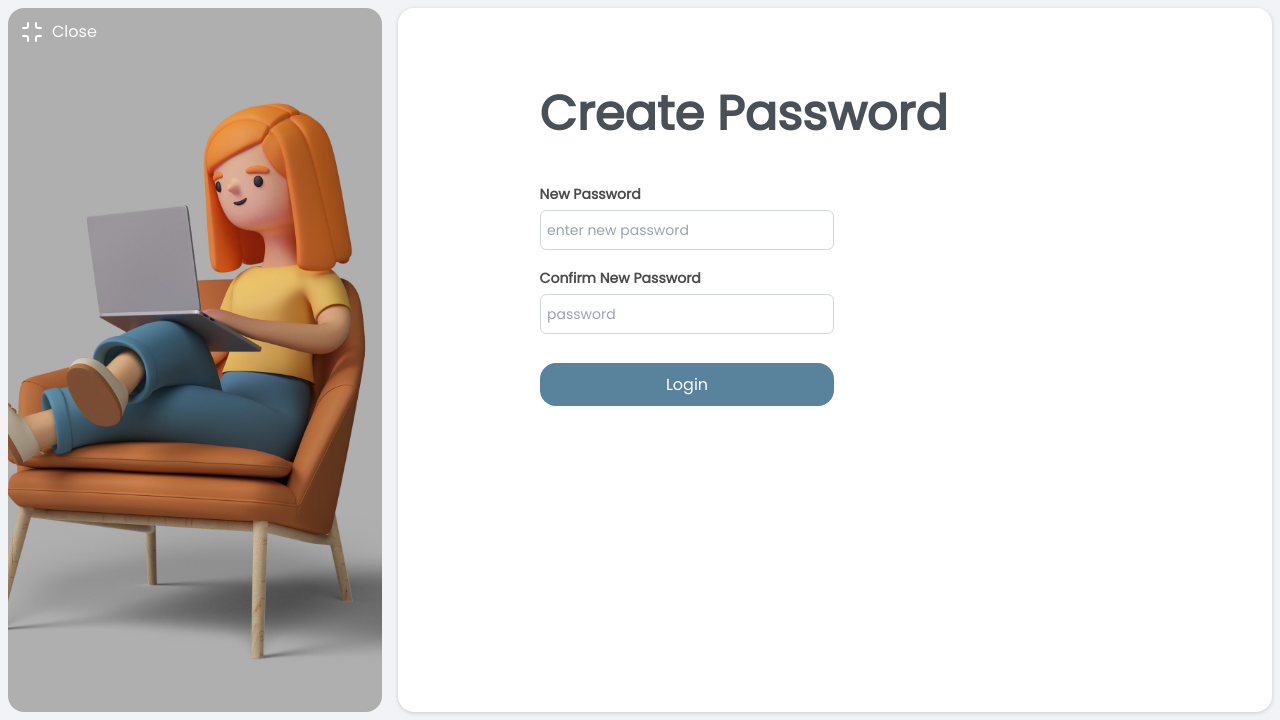
Repository: syni18/cleareyecare
Page: /reset-password (app in client/)
The author's editor kept a copy of each file at every save. The page is drawn from the files as they stood at one save, then again after the next save.
The browser window is 1280 px wide. The pictures show the whole page.
The page's requests for data from a server got no answer. Some web fonts or font styles are not loaded; a fallback is used. Some web libraries are served in a nearby version. The project was rebuilt for these pictures with package versions that can differ from the ones it lists, and the page was loaded fresh each time. No one was signed in, and anything a server would have sent is missing. Also part of the build but not shown: client/vite.config.js, client/src/components/nav/navigation.css, client/src/components/dropdown/Dropdown.jsx, client/src/redux/store/cartStore.js, client/src/components/nav/Navigation.jsx, client/src/components/footer/footer.css, client/src/components/footer/Footer.jsx.

Above is the page before, as saved 2024-11-17 20:53:41.

### client/index.html
<!doctype html>
<html lang="en">
  <head>
    <meta charset="UTF-8" />
    <link rel="icon" type="image/svg+xml" href="/vite.svg" />
    <meta name="viewport" content="width=device-width, initial-scale=1.0" />
    <link rel="stylesheet" type="text/css" charset="UTF-8" href="https://cdnjs.cloudflare.com/ajax/libs/slick-carousel/1.6.0/slick.min.css" />
    <link rel="stylesheet" type="text/css" href="https://cdnjs.cloudflare.com/ajax/libs/slick-carousel/1.6.0/slick-theme.min.css" />
    <title>Clear Eye Care</title>
  </head>
  <body>
    <div id="root"></div>
    <script type="module" src="/src/main.jsx"></script>
  </body>
</html>

### client/src/main.jsx
import React from "react";
import ReactDOM from "react-dom/client";
import App from "./App.jsx";
import "./index.css";
import store from "./redux/store.js";
import { Provider } from "react-redux";
import { QueryClient, QueryClientProvider } from "react-query";

const queryClient = new QueryClient();

ReactDOM.createRoot(document.getElementById("root")).render(
  <React.StrictMode>
    <Provider store={store}>
      <QueryClientProvider client={queryClient}>
        <App />
      </QueryClientProvider>
    </Provider>
  </React.StrictMode>
);

### client/src/App.jsx
import React, { Suspense, lazy } from "react";
import { createBrowserRouter, RouterProvider } from "react-router-dom";
import Navigation from "./components/nav/Navigation";
import Footer from "./components/footer/Footer";
import "./App.css"; // Ensure global CSS is imported

// Dynamic imports
const HomePage = lazy(() => import("./components/homepage/HomePage"));
const Login = lazy(() => import("./components/auth/Login"));
const Signup = lazy(() => import("./components/auth/Signup"));
// new ui
// const Signup = lazy(() => import("./containers/Authentication/signup/Signup"));
const Recovery = lazy(() => import("./components/auth/Recovery"));
const ResetPassword = lazy(() => import("./components/auth/ResetPassword"));
const ShoppingBag = lazy(() => import("./components/cart/ShoppingBag"));
const Profile = lazy(() => import("./components/profile/Profile"));
const ProfileInfo = lazy(() => import("./components/profile/ProfileInfo"));
const ManageAddress = lazy(() => import("./components/address/ManageAddress"));
const PANUpload = lazy(() => import("./components/PANupload/PANUpload"));
const SavedAuthPayCard = lazy(() =>
  import("./components/savedauthpayment/SavedAuthPayCard")
);
const SavedAuthPayUPI = lazy(() =>
  import("./components/savedauthpayment/SavedAuthPayUPI")
);
const GiftCard = lazy(() => import("./components/giftcard/GiftCard"));
const Coupons = lazy(() => import("./components/coupons-offers/Coupons"));
const Watchlist = lazy(() => import("./components/watchlist/Watchlist"));
const Orders = lazy(() => import("./components/orders/Orders"));
const SpecificOrders = lazy(() => import("./components/orders/SpecificOrders"));
const ItemDetails = lazy(() => import("./components/products/ItemDetails"));
const SizeChart = lazy(() => import("./components/sizechart/SizeChart"));
const RateProductForm = lazy(() =>
  import("./components/rateproductform/RateProductForm")
);
const ProductView = lazy(() => import("./components/products/ProductView"));
const BillingAddress = lazy(() => import("./components/cart/BillingAddress"));
const CartLogin = lazy(() => import("./components/empty/CartLogin"));
const Banner = lazy(() => import("./components/banner/Banner"));
const Dashboard = lazy(() => import("./components/game/compnents/Dashboard"));


// Layout Component
const Layout = ({ children, showHeaderFooter = true }) => (
  <>
    {showHeaderFooter && <Navigation />}
    <Suspense fallback={<div>Loading...</div>}>{children}</Suspense>
    {showHeaderFooter && <Footer />}
  </>
);


const router = createBrowserRouter([
  {
    path: "/",
    element: (
      <Layout>
        <Banner />
        <HomePage />
      </Layout>
    ),
  },
  {
    path: "/login",
    element: (
      <Layout showHeaderFooter={false}>
        <Login />
      </Layout>
    ),
  },
  {
    path: "/signup",
    element: (
      <Layout showHeaderFooter={false}>
        <Signup />
      </Layout>
    ),
  },
  {
    path: "/recovery",
    element: (
      <Layout showHeaderFooter={false}>
        <Recovery />
      </Layout>
    ),
  },
  {
    path: "/reset-password",
    element: (
      <Layout showHeaderFooter={false}>
        <ResetPassword />
      </Layout>
    ),
  },
  {
    path: "/cart",
    element: (
      <Layout>
        <ShoppingBag />
      </Layout>
    ),
  },
  {
    path: "/profile",
    element: (
      <Layout>
        <Profile />
      </Layout>
    ),
    children: [
      { path: "", element: <ProfileInfo /> },
      { path: "userinfo", element: <ProfileInfo /> },
      { path: "manage-address", element: <ManageAddress /> },
      { path: "pan-upload", element: <PANUpload /> },
      { path: "saved-auth-payment-cards", element: <SavedAuthPayCard /> },
      { path: "saved-auth-payment-upi", element: <SavedAuthPayUPI /> },
      { path: "saved-auth-giftCards", element: <GiftCard /> },
      { path: "myCoupons", element: <Coupons /> },
      { path: "reviews-ratings", element: <GiftCard /> },
      { path: "watchlist", element: <Watchlist /> },
    ],
  },
  {
    path: "/orders",
    element: (
      <Layout>
        <Orders />
      </Layout>
    ),
  },
  {
    path: "/specific-orders/:id",
    element: (
      <Layout>
        <SpecificOrders />
      </Layout>
    ),
  },
  {
    path: "/item/:id",
    element: (
      <Layout>
        <ItemDetails />
      </Layout>
    ),
    children: [{ path: "", element: <SizeChart /> }],
  },
  {
    path: "/rate&review-pkg",
    element: (
      <Layout>
        <RateProductForm />
      </Layout>
    ),
  },
  {
    path: "/search-items",
    element: (
      <Layout>
        <ProductView />
      </Layout>
    ),
  },
  {
    path: "/cart-address",
    element: (
      <Layout>
        <BillingAddress />
      </Layout>
    ),
  },
  {
    path: "/cart-login",
    element: (
      <Layout>
        <CartLogin />
      </Layout>
    ),
  },
  {
    path: "/game",
    element: (
      <Layout showHeaderFooter={false}>
        <Dashboard />
      </Layout>
    ),
  },
]);

function App() {
  return (
    <main>
      <RouterProvider router={router} />
    </main>
  );
}

export default App;

### client/src/index.css
@tailwind base;
@tailwind components;
@tailwind utilities;

:root {
  font-family: Inter, system-ui, Avenir, Helvetica, Arial, sans-serif;
  line-height: 1.5;
  font-weight: 400;
  background-color: #f1f3f6;;

  text-rendering: optimizeLegibility;
  -webkit-font-smoothing: antialiased;
  -moz-osx-font-smoothing: grayscale;
}
html, body {
  height: 100%;
  margin: 0;
}

/* Flexbox setup on the body to push the footer down */
body {
  display: flex;
  flex-direction: column;
  justify-content: space-between; /* This will push the footer to the bottom */
}

.footer-wrapper {
  margin-top: auto; /* This will automatically adjust the margin to push the footer to the bottom */
}

### client/src/redux/store.js
// src/redux/store.js
import { configureStore } from '@reduxjs/toolkit';
import cartReducer from './reducer/cartReducer';
import watchlistReducer from './reducer/watchlistReducer';

const store = configureStore({
  reducer: {
    cart: cartReducer,
    watchlist: watchlistReducer,
  },
});

export default store;

### client/src/App.css
@import url('https://fonts.googleapis.com/css2?family=Bellota:wght@700&family=Poppins&family=Quicksand:wght@300&display=swap');
*{
    margin: 0;
    padding: 0;
    box-sizing: border-box;
    font-family: Poppins;
}
ul{
  list-style: none;
}

a {
  color: black;
  text-decoration: none;
}
input::-webkit-inner-spin-button,
input::-webkit-outer-spin-button{
    -webkit-appearance: none;
    margin: 0;
}
input::-webkit-search-cancel-button{
    display: none;
}

### client/src/components/auth/ResetPassword.jsx
import { useFormik } from 'formik';
import { Minimize } from 'lucide-react';
import React from 'react'
import './login.css';
import { Link, Navigate, useNavigate } from 'react-router-dom';
import { resetPasswordValidation } from '../../helper/validate';
import { resetPassword } from '../../helper/helper';
import { useAuthStore } from '../../redux/store/authStore';
import toast, { Toaster } from "react-hot-toast";
import useFetch from '../../hooks/fetchHooks';
import AuthLeftBox from './AuthLeftBox';

const FormField = ({ label, type, id, placeholder, formikProps }) => (
  <>
    <label htmlFor={id}>{label}</label>
    <input type={type} id={id} placeholder={placeholder} {...formikProps} />
  </>
);

function ResetPassword() {
  const {useremail} = useAuthStore(state => state.auth);
  const [{ isLoading, apiData, status, serverError }] = useFetch("createResetSession");
  const {handleSubmit, getFieldProps} = useFormik({
    initialValues: {
      password: "",
      confirmPassword: ""
    },
    validate: resetPasswordValidation,
    validateOnBlur: false,
    validateOnChange:false,
    onSubmit: async (values) => {
      console.log("values: ", values, useremail);
      let resetPromise = resetPassword({useremail, password: values.password});

      toast.promise(resetPromise, {
        loading: 'Updating...',
        success: <b>Reset Succesfully.</b>,
        error: <b>Could not Reset! Try again</b>
      })
      resetPromise.then(function(){
        navigate('/login')
      })
    }
  })
  const navigate = useNavigate();
  const handleCloseBox = () => {
    navigate("/");
  };
    // if (isLoading) return <h1 className="text-2xl font-bold">isLoading</h1>;
    // if (serverError)
    //   return <h1 className="text-xl text-red-500">{serverError.message}</h1>;
    // if (status && status !== 201)
    //   return <Navigate to={"/login"} replace={true}></Navigate>;
  return (
    <section className="login-wrapper">
      <Toaster position="bottom-right" />
      <div className="login-container">
        <AuthLeftBox />
        <div className="loco-right">
          <div className="lort-box">
            <span className="lrtb-header">Create Password</span>
            <form className="login-form-wrapper" onSubmit={handleSubmit}>
              <FormField
                label="New Password"
                type="text"
                id="pswd-help"
                placeholder="enter new password"
                fieldProps={getFieldProps("newpassword")}
              />
              <FormField
                label="Confirm New Password"
                type="text"
                id="cnf-paswd-help"
                placeholder="password"
                fieldProps={getFieldProps("cnfpassword")}
              />
              <button type="submit">Login</button>
              {/* <Link to='/signup'>
                <button type="button" id="lfw-create-account">
                  Create Account
                </button>
              </Link> */}
            </form>
          </div>
        </div>
      </div>
    </section>
  );
}

export default ResetPassword

### client/src/redux/reducer/cartReducer.js
// src/redux/reducers/cartReducer.js
import { createSlice } from "@reduxjs/toolkit";

const initialState = {
  cartCount: 0,
  cartItems: [],
};

const cartSlice = createSlice({
  name: "cart",
  initialState,
  reducers: {
    addToCart: (state, action) => {
      const existingItemIndex = state.cartItems.findIndex(
        (item) => item._id === action.payload._id
      );

      if (existingItemIndex >= 0) {
        state.cartItems[existingItemIndex].quantity +=
          action.payload.quantity || 1;
      } else {
        state.cartItems.push({
          ...action.payload,
          quantity: action.payload.quantity || 1,
        });
      }

      state.cartCount += action.payload.quantity || 1;
    },
    removeFromCart: (state, action) => {
      const itemIndex = state.cartItems.findIndex(
        (item) => item._id === action.payload
      );
      if (itemIndex >= 0) {
        const item = state.cartItems[itemIndex];
        state.cartCount -= item.quantity;
        state.cartItems.splice(itemIndex, 1);
      }
    },
    increaseQuantity: (state, action) => {
      const item = state.cartItems.find((item) => item._id === action.payload);
      if (item) {
        item.quantity += 1;
      }
    },
    decreaseQuantity: (state, action) => {
      const item = state.cartItems.find((item) => item._id === action.payload);
      if (item && item.quantity > 1) {
        item.quantity -= 1;
      }
    },
  },
});

export const { addToCart, removeFromCart, increaseQuantity, decreaseQuantity } =
  cartSlice.actions;
export default cartSlice.reducer;

### client/src/components/auth/login.css
:root {
    --primary-color: #59839d;
    --secondary-color: #f1f3f6;
    --text-color: #495057;
    --border-color: #ced4da;
    --hover-bg-color: #f8f9fa;
    --light-bg-color: #ffffff;
}

.login-wrapper {
    width: 100%;
    height: 100vh;
    display: flex;
    align-items: center;
    justify-content: center;
    background-color: var(--secondary-color);
}

.auth-wrap-close {
    position: absolute;
    top: 20px;
    left: 20px;
    color: white;
    display: flex;
    align-items: center;
    cursor: pointer;
}

.auth-wrap-close .auth-wrcl-text {
    margin-left: 0.5rem;
}

.login-container {
    position: relative;
    width: 100%;
    height: 100%;
    display: flex;
}

.login-container .loco-left {
    flex: 30%;
    display: flex;
    flex-direction: column;
    justify-content: center;
    margin: 0.5rem;
    border-radius: 16px;
    background-image: url('../../assets/5141092.jpg'); /* Replace with your image path */
    background-size: cover;
    background-position: center;
    background-repeat: no-repeat;
    color: #ffffff;
}

.login-container .loco-left h1 {
    font-size: 3rem;
    font-weight: 500;
    width: max-content;
    margin-left: 2rem;
    border-bottom: 7px solid #ffffff;
    border-radius: 4px;
}

.login-container .loco-left h3,
.login-container .loco-left h5 {
    font-weight: normal;
    margin-top: 1rem;
    margin-left: 2rem;
}

.login-container .loco-right {
    flex: 70%;
    box-shadow: rgba(0, 0, 0, 0.16) 0px 1px 4px;
    display: flex;
    justify-content: center;
    align-items: center;
    margin: 0.5rem;
    border-radius: 16px;
    flex-direction: column;
    background-color: var(--light-bg-color);
}

.lort-box {
    width: 75%;
    /* border: 1px solid black; */
    height: 80%;
}

.lort-already {
    width: 80%;
    margin: 1rem;
    text-align: right;
}

.lrtady-link {
    cursor: pointer;
}

.lrtady-span-text {
    opacity: 0.5;
    font-size: 14px;
}

.lrtady-login {
    color: #b76d3e;
    font-weight: 600;
    margin-left: 0.25rem;
    font-size: 14px;
}

.lrtb-header {
    margin: 1rem 1rem 1rem 2rem;
    font-size: 48px;
    color: var(--text-color);
    font-weight: 900;
}

.social-signup {
    display: flex;
    gap: 1rem;
    margin: 3rem 1rem 1rem 2rem;
}

.social-btn {
    display: flex;
    align-items: center;
    justify-content: center;
    gap: 0.5rem;
    padding: 0.40rem 2.1rem;
    border: 1px solid var(--border-color);
    border-radius: 9px;
    text-decoration: none;
    color: var(--text-color);
    background-color: var(--light-bg-color);
    transition: background-color 0.3s ease, transform 0.2s ease;
}

.social-btn:hover {
    background-color: var(--hover-bg-color);
    transform: scale(1.0);
}

.google-btn svg,
.facebook-btn svg {
    width: 1.5rem;
    height: 1.5rem;
}

.horizontal-divider-with-text {
    display: flex;
    margin: 3rem 1rem 1rem 2rem;
    width: 45%;
    font-size: 14px;
    font-weight: 600;
}

.horizontal-divider-with-text span {
    font-size: 1rem;
    font-weight: bold;
    color: #555;
}

.loco-right .login-form-wrapper {
    width: 45%;
    margin: 2rem 1rem 2rem 2rem;
}

.login-form-wrapper label {
    font-size: 14px;
    font-weight: 600;
    opacity: 0.7;
}

.login-form-wrapper input {
    outline: none;
    border: 1px solid var(--border-color);
    width: 100%;
    height: 2.5rem;
    font-size: 14px;
    padding-left: 0.4rem;
    margin: 0.25rem 0 1rem 0;
    border-radius: 0.4rem;
    background-color: var(--light-bg-color);
}

.login-form-wrapper input:focus::-webkit-input-placeholder {
    color: transparent;
}

.login-form-wrapper p {
    margin-top: 1.5rem;
    font-size: 12px;
}

.login-form-wrapper p em {
    color: var(--primary-color);
    cursor: pointer;
}

.lfw-name {
    display: flex;
}

.lfw-name span:first-child {
    margin-right: 0.5rem;
}

.login-form-wrapper button,
.login-linkbtn {
    width: 100%;
    margin-top: 0.8rem;
    border-radius: 1rem;
    border: none;
    padding: 0.6rem 2rem;
    background: var(--primary-color);
    color: #ffffff;
    cursor: pointer;
}
#lfw-create-account {
    width: 100%;
    margin-top: 0.8rem;
    border-radius: 9rem;
    border: none;
    padding: 0.6rem 2rem;
    background: #b76d3e;
    color: #ffffff;
    cursor: pointer;
}

.lfw-forget{
    font-size: 12px;
    width: 100%;
    margin: 0.5rem 0;
    text-align: right;
    /* border: 1px solid black; */
    font-weight: 900;
}
.lfw-forget-link {
    color: #b76d3e;
    margin-left: 0.2rem;
}
/* Responsive Styles */
@media (max-width: 1200px) {
    .login-container {
        flex-direction: column; /* Stack the left and right sections on smaller screens */
    }

    .login-container .loco-left,
    .login-container .loco-right {
        flex: 100%; /* Full width for both sections */
        margin: 0; /* Remove margins for better alignment */
    }

    .lort-box {
        width: 90%; /* Adjust width for smaller screens */
    }

    .loco-right .login-form-wrapper {
        width: 90%; /* Adjust form width */
    }
}

@media (max-width: 992px) {
    .lbtb-header {
        font-size: 36px; /* Reduce header size */
    }

    .social-signup {
        flex-direction: column; /* Stack social buttons */
        align-items: center; /* Center align */
    }

    .social-btn {
        width: 100%; /* Full width for social buttons */
        margin-bottom: 1rem; /* Add space between buttons */
    }
}

@media (max-width: 768px) {
    .login-container .loco-left h1 {
        font-size: 2.5rem; /* Reduce heading size */
    }

    .login-container .loco-left h3,
    .login-container .loco-left h5 {
        margin-left: 1rem; /* Reduce margin */
    }

    .login-form-wrapper label {
        font-size: 12px; /* Reduce label size */
    }

    .login-form-wrapper input {
        height: 2rem; /* Reduce input height */
    }

    .login-form-wrapper button {
        padding: 0.5rem 1.5rem; /* Adjust button padding */
    }
}

@media (max-width: 576px) {
    .login-container {
        flex-direction: column; /* Stack entire login container */
    }
    .login-container .loco-left {
        display: none; /* Hide the AuthLeftbox component */
    }
    .lort-already {
        display: none; /* Hide the element */
    }
    .login-container .loco-left,
    .login-container .loco-right {
        flex: 100%; /* Full width */
    }

    .lort-box {
        width: 95%; /* Adjust box width */
    }

    .horizontal-divider-with-text {
        width: 90%; /* Adjust width for smaller screens */
    }

    .login-form-wrapper {
        width: 100%; /* Full width for form wrapper */
    }
}

### client/src/components/auth/AuthLeftBox.jsx
import React from 'react'
import { Minimize } from "lucide-react";
import { useNavigate } from 'react-router-dom';

function AuthLeftBox() {
  const navigate = useNavigate();
    const handleCloseBox = () => {
      navigate("/");
    };
  return (
    <>
      {" "}
      <span className="auth-wrap-close" onClick={handleCloseBox}>
        <Minimize /> <span className="auth-wrcl-text">Close</span>
      </span>
      <div className="loco-left">

      </div>
    </>
  );
}

export default AuthLeftBox

### client/src/redux/store/authStore.js
// src/store/useAuthStore.js (or any path you prefer)
import { create } from "zustand";

export const useAuthStore = create((set) => ({
  auth: {
    userId: "",
    username: "",
    useremail: "",
    role: "",
    active: false,
  },
  setFullname: (username) =>
    set((state) => ({ auth: { ...state.auth, username: username } })),
  setUseremail: (useremail) =>
    set((state) => ({ auth: { ...state.auth, useremail: useremail } })),
  setUserId: (userId) =>
    set((state) => ({ auth: { ...state.auth, userId: userId } })),
}));

### client/src/hooks/fetchHooks.js
import axios from "axios";
import { useEffect, useState } from "react";
import { getUsername } from "../helper/helper";

axios.defaults.baseURL = 'http://localhost:8080';

/** custom hook */
export default function useFetch(query) {
  // console.log(query);
  const [getData, setData] = useState({
    isLoading: false,
    apiData: undefined,
    status: null,
    serverError: null,
  });

  useEffect(() => {
    const fetchData = async () => {
      try {
        setData((prev) => ({ ...prev, isLoading: true }));

        const { username } = !query ? await getUsername() : "";

        const { data, status } = !query
          ? await axios.get(`v1/api/user/${username}`)
          : await axios.get(`v1/api/${query}`);

        if (status === 201) {
          setData((prev) => ({ ...prev, isLoading: false }));
          setData((prev) => ({ ...prev, apiData: data, status: status }));
        }

        setData((prev) => ({ ...prev, isLoading: false }));
      } catch (error) {
        setData((prev) => ({ ...prev, isLoading: false, serverError: error }));
      }
    };
    fetchData();
  }, [query]);

  return [getData, setData];
}

### client/src/components/dropdown/dropdown.css
:root {
  --primary-bg: #242526;
  --secondary-bg: #fff;
  --primary-text-color: #555;
  --secondary-text-color: #cecece;
  --border-radius: 4px;
  --speed: 500ms;
}
.auth-dropdown-wrapper{
  position: absolute;
  top:50px;
  right: 150px;
  background-color: #fff;
  border-radius: var(--border-radius);
  /* padding: 8px 15px; */
  width: 150px;
  border: 1px solid #d3d3d3;
}
.auth-dropdown-wrapper::before{
  content: '';
  position: absolute;
  z-index: ;
  top: -25px;
  right: 5px;
  background-color: transparent;
  /* border: 1px solid #d3d3d3; */
  height: 25px;
  width: 45px;

  transform: rotate(90deg);
}
.dropdown-menu.active{
  opacity: 1;
  visibility: visible;
  transform: translateY(0);
  transition: var(--speed) ease;
}

.dropdown-menu.inactive{
  opacity: 0;
  visibility: hidden;
  transform: translateY(-20px);
  transition: var(--speed) ease;
}
.auth-dropdown-container li a{
  display: flex;
  align-items: center;
  justify-content: space-between;
  /* margin: 0.5rem 0; */
  padding: 8px  10px;
  /* border-top: 1px solid rgba(0, 0, 0, 0.05); */
}
.auth-dropdown-container li .lucide {
  color: #555;
}
.auth-dropdown-container li:hover{
  background-color: #f1f3f6;
  border-radius: 4px;
  color: #007bff;
  /* font-weight: 600; */
}
.auth-dropdown-container li:hover .lucide{
  color: #f1f3f6 !important;
  fill: #007bff;
}

### client/tailwind.config.js
/** @type {import('tailwindcss').Config} */
module.exports = {
  content: [
    "./src/**/*.{js,jsx,ts,tsx}", // Targeting React component files
    "./public/index.html", // Include HTML entry file if necessary
  ],
  theme: {
    extend: {
      colors: {
        customBlue: "#1B9C9C",
        customGray: "#333333",
      },
    },
  },
  plugins: [],
};

Loaded but not shown: client/src/helper/helper.js (351 lines, source omitted); client/src/redux/reducer/watchlistReducer.js (128 lines, source omitted); client/src/helper/validate.js (112 lines, source omitted)

After the next save:
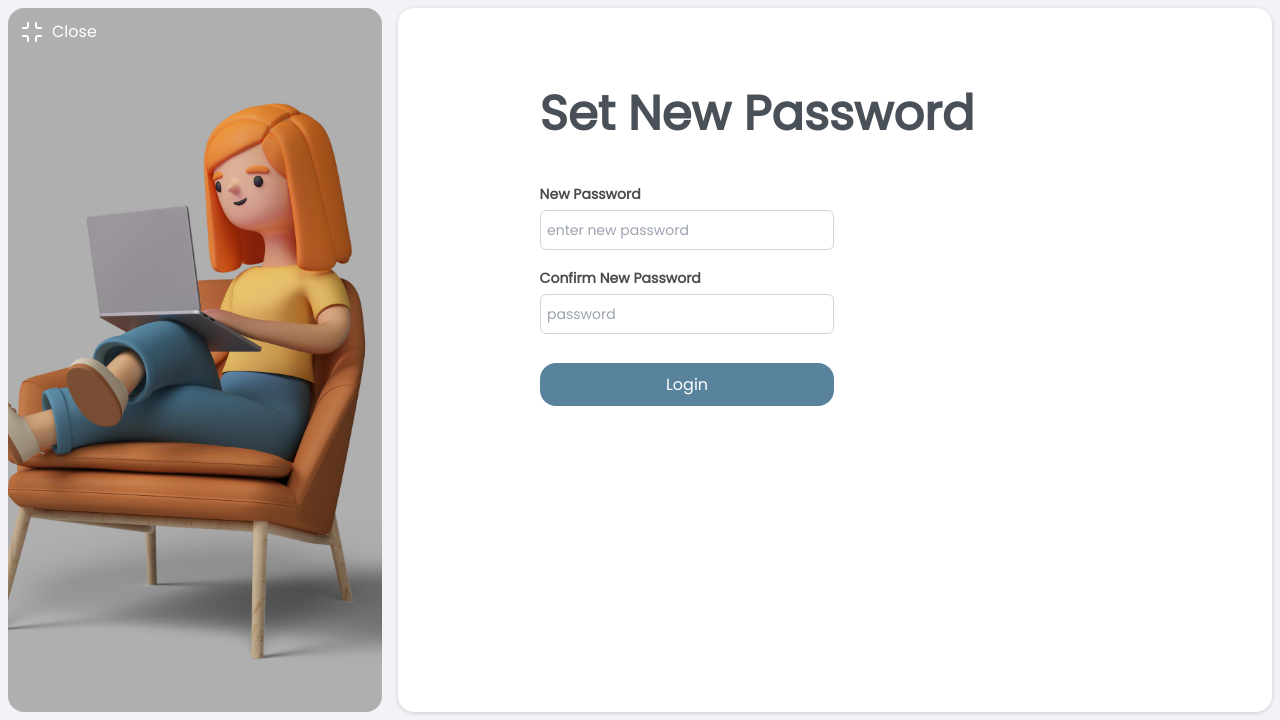
Saved 30 s later.
--- a/client/src/components/auth/ResetPassword.jsx
+++ b/client/src/components/auth/ResetPassword.jsx
@@ -58,7 +58,7 @@ function ResetPassword() {
         <AuthLeftBox />
         <div className="loco-right">
           <div className="lort-box">
-            <span className="lrtb-header">Create Password</span>
+            <span className="lrtb-header">Set New Password</span>
             <form className="login-form-wrapper" onSubmit={handleSubmit}>
               <FormField
                 label="New Password"
